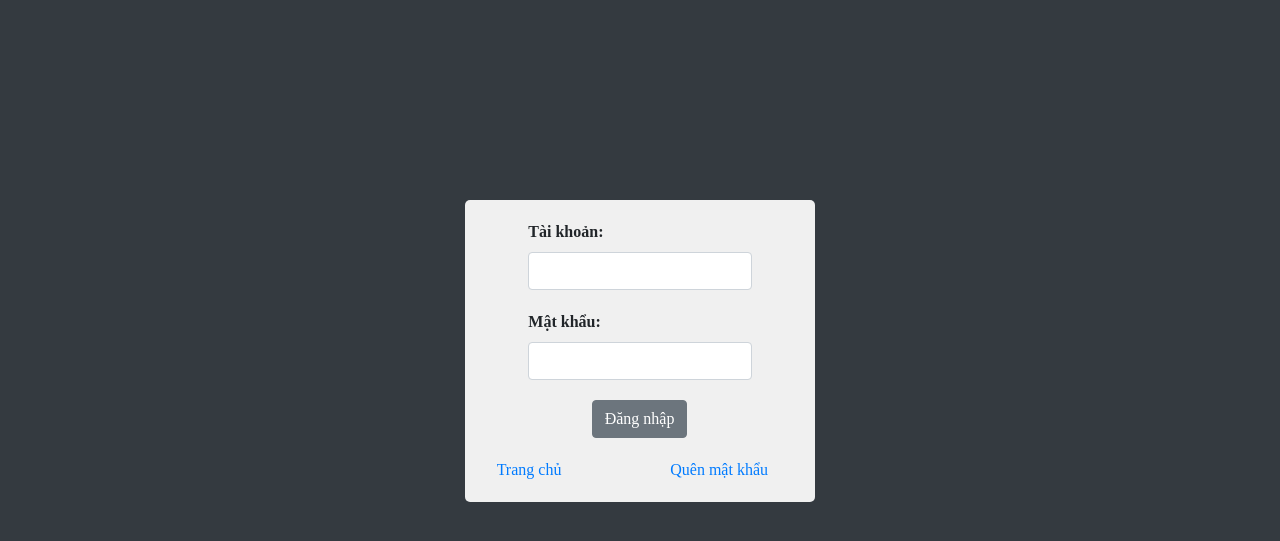
Repository: cuongnh2k/phimmoi
Page: http://localhost/phimmoi/Login.jsp
The author's editor kept a copy of each file at every save. The page is drawn from the files as they stood at one save, then again after the next save.
The browser window is 1280 px wide. The pictures show the whole page.
Some web fonts or font styles are not loaded; a fallback is used. The page is served by Tomcat 9. Nobody is signed in. The application's start-up code is not run. Other server files are loaded and not shown.

Above is the page before, as saved 2021-08-23 02:56:44.

### phimmoi/src/main/webapp/Login.jsp
<%@ page language="java" contentType="text/html; charset=UTF-8"
	pageEncoding="UTF-8"%>
<%@ taglib prefix="c" uri="http://java.sun.com/jsp/jstl/core"%>
<!doctype html>
<html lang="vi-VN">
<head>
<!-- Required meta tags -->
<meta charset="utf-8">
<meta name="viewport"
	content="width=device-width, initial-scale=1, shrink-to-fit=no">
<!-- Bootstrap CSS -->
<link rel="stylesheet"
	href="https://cdn.jsdelivr.net/npm/bootstrap@4.6.0/dist/css/bootstrap.min.css"
	integrity="sha384-B0vP5xmATw1+K9KRQjQERJvTumQW0nPEzvF6L/Z6nronJ3oUOFUFpCjEUQouq2+l"
	crossorigin="anonymous">
<!-- Bootstrap JS -->
<script src="https://code.jquery.com/jquery-3.5.1.slim.min.js"
	integrity="sha384-DfXdz2htPH0lsSSs5nCTpuj/zy4C+OGpamoFVy38MVBnE+IbbVYUew+OrCXaRkfj"
	crossorigin="anonymous"></script>
<script
	src="https://cdn.jsdelivr.net/npm/bootstrap@4.6.0/dist/js/bootstrap.bundle.min.js"
	integrity="sha384-Piv4xVNRyMGpqkS2by6br4gNJ7DXjqk09RmUpJ8jgGtD7zP9yug3goQfGII0yAns"
	crossorigin="anonymous"></script>
<!-- Bootstrap ICON -->
<link rel="stylesheet"
	href="https://cdn.jsdelivr.net/npm/bootstrap-icons@1.5.0/font/bootstrap-icons.css">
<!-- font google -->
<link rel="stylesheet"
	href="https://fonts.googleapis.com/css?family=Sofia">
<title>Đăng nhập</title>
</head>

<style>
.khung {
	margin: auto;
	margin-top: 200px;
}

@media screen and (max-width: 500px) {
	.khung {
		margin-top: 150px;
	}
}

@media screen and (max-width: 450px) {
	.khung {
		margin-top: 100px;
	}
}

@media screen and (max-width: 400px) {
	.khung {
		margin-top: 50px;
	}
}

@media screen and (max-width: 350px) {
	.khung {
		margin-top: 0px;
	}
}
</style>
<body class="bg-dark" style="font-family: Trirong, serif;">
	<div
		style="width: 350px; border-radius: 5px; background-color: rgb(240, 240, 240);"
		class="khung">
		<form action="#" method="post">
			<div class="row">
				<div class="col-2"></div>
				<div class="col-8" style="margin-top: 20px;">
					<label for="taiKhoan"><b>Tài khoản:</b></label>
				</div>
				<div class="col-2"></div>
				<div class="col-2"></div>
				<div class="col-8">
					<input class="form-control" id="taiKhoan" name="taiKhoan"
						type="text">
				</div>
				<div class="col-2"></div>
				<div class="col-2"></div>
				<div class="col-8" style="margin-top: 20px;">
					<label for="matKhau"><b>Mật khẩu:</b></label>
				</div>
				<div class="col-2"></div>
				<div class="col-2"></div>
				<div class="col-8">
					<input class="form-control" id="matKhau" name="matKhau"
						type="password">
				</div>
				<div class="col-2"></div>

				<div class="col-4"></div>
				<div class="col-4" style="margin-top: 20px;">
					<input type="submit" value="Đăng nhập" class="btn btn-secondary">
				</div>
				<div class="col-4"></div>
				<div class="col-1"></div>
				<div class="col-5" style="margin-top: 20px; margin-bottom: 20px;">
					<a href="home" class="text-center">Trang chủ</a>
				</div>
				<div class="col-5 text-center" style="margin-top: 20px; margin-bottom: 20px;">
					<a href="#" class="text-center">Quên mật khẩu</a>
				</div>
				<div class="col-1"></div>
			</div>

		</form>
	</div>
</body>
</html>

After the next save:
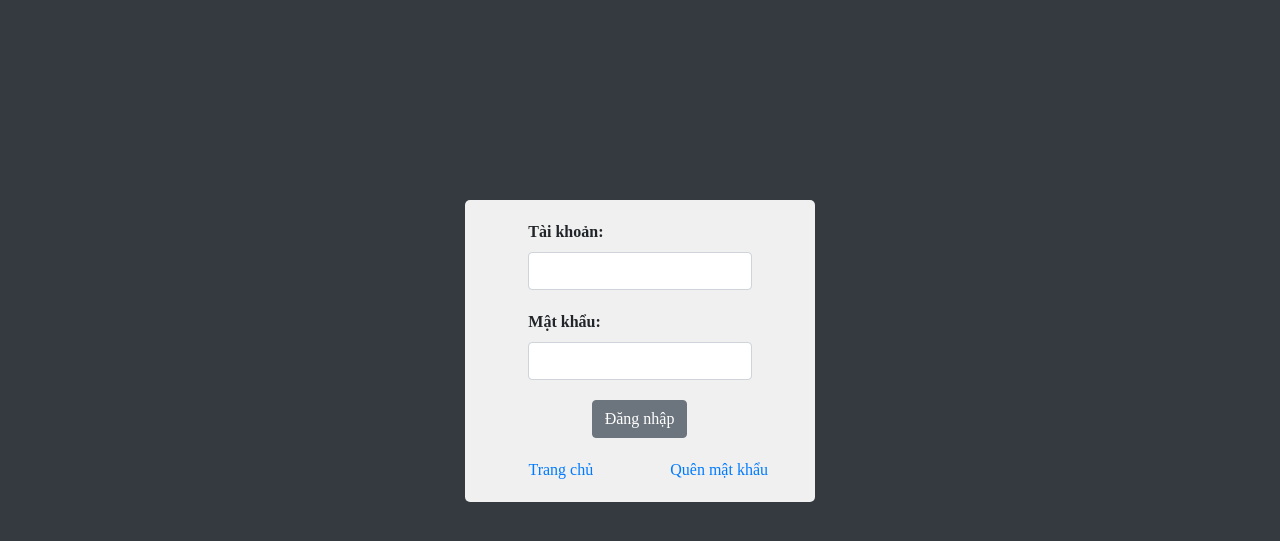
Saved 12 s later.
--- a/phimmoi/src/main/webapp/Login.jsp
+++ b/phimmoi/src/main/webapp/Login.jsp
@@ -95,7 +95,7 @@
 				</div>
 				<div class="col-4"></div>
 				<div class="col-1"></div>
-				<div class="col-5" style="margin-top: 20px; margin-bottom: 20px;">
+				<div class="col-5 text-center" style="margin-top: 20px; margin-bottom: 20px;">
 					<a href="home" class="text-center">Trang chủ</a>
 				</div>
 				<div class="col-5 text-center" style="margin-top: 20px; margin-bottom: 20px;">

After the save that followed:
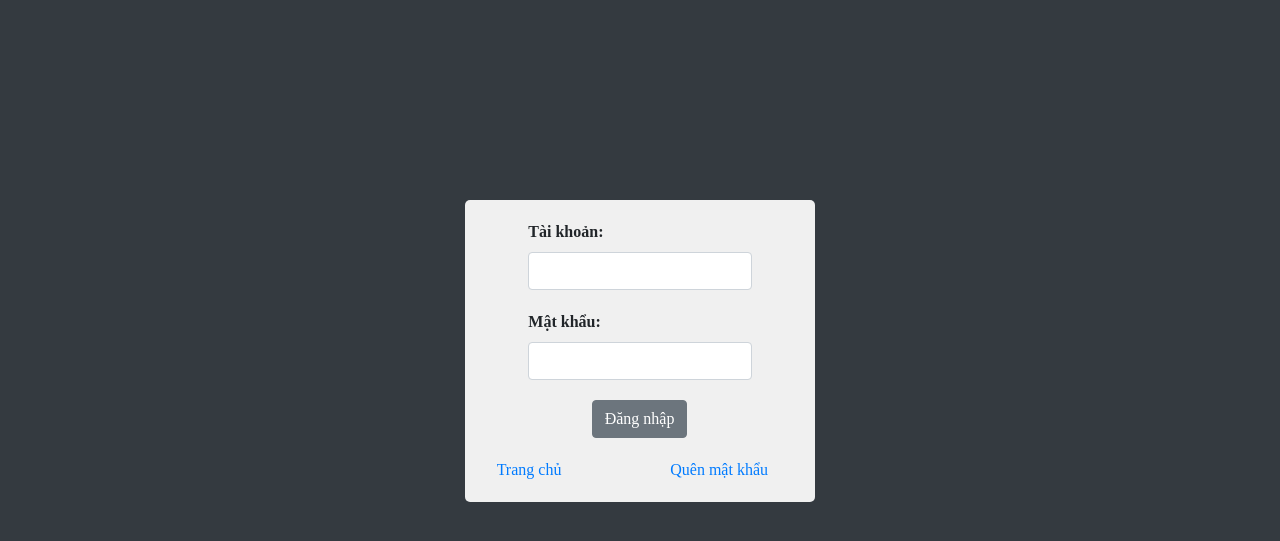
Saved 17 s later.
--- a/phimmoi/src/main/webapp/Login.jsp
+++ b/phimmoi/src/main/webapp/Login.jsp
@@ -95,7 +95,7 @@
 				</div>
 				<div class="col-4"></div>
 				<div class="col-1"></div>
-				<div class="col-5 text-center" style="margin-top: 20px; margin-bottom: 20px;">
+				<div class="col-5" style="margin-top: 20px; margin-bottom: 20px;">
 					<a href="home" class="text-center">Trang chủ</a>
 				</div>
 				<div class="col-5 text-center" style="margin-top: 20px; margin-bottom: 20px;">
